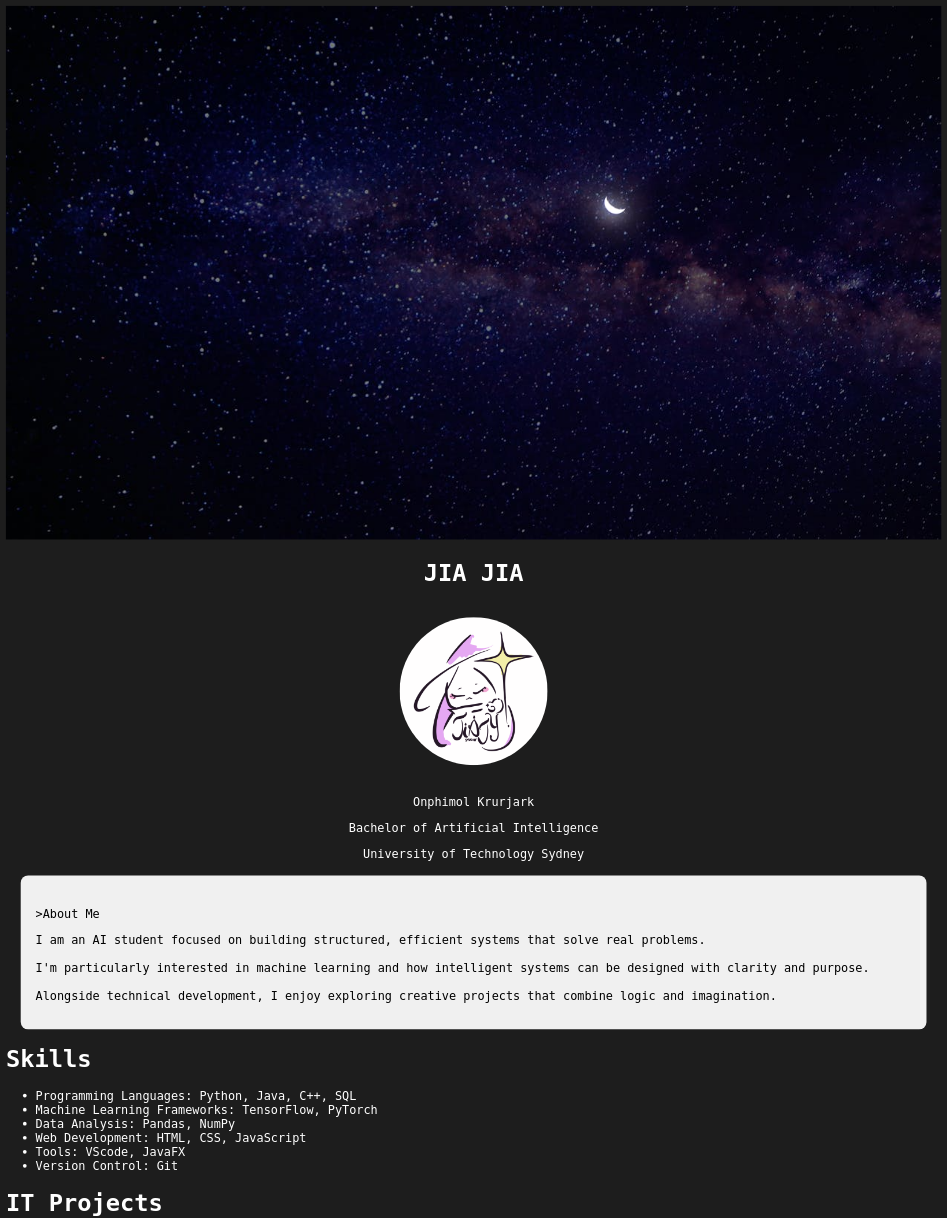
Repository: JMauve2233248/JiajyStudio
Page: ITprojects.html
An editor plug-in stored every save of this project. The page is shown before and after the next save, followed by the edit.
The browser window is 1280 px wide. The pictures show the part of the page from y = 0 to 1646 px (the page is 3165 px tall before and 3189 px after), at 74% of full size.
A picture or video elsewhere on the page could not be fetched, so the positions and the page height are approximate.

Above is the page before, as saved 2026-03-03 13:05:12.

After the next save:
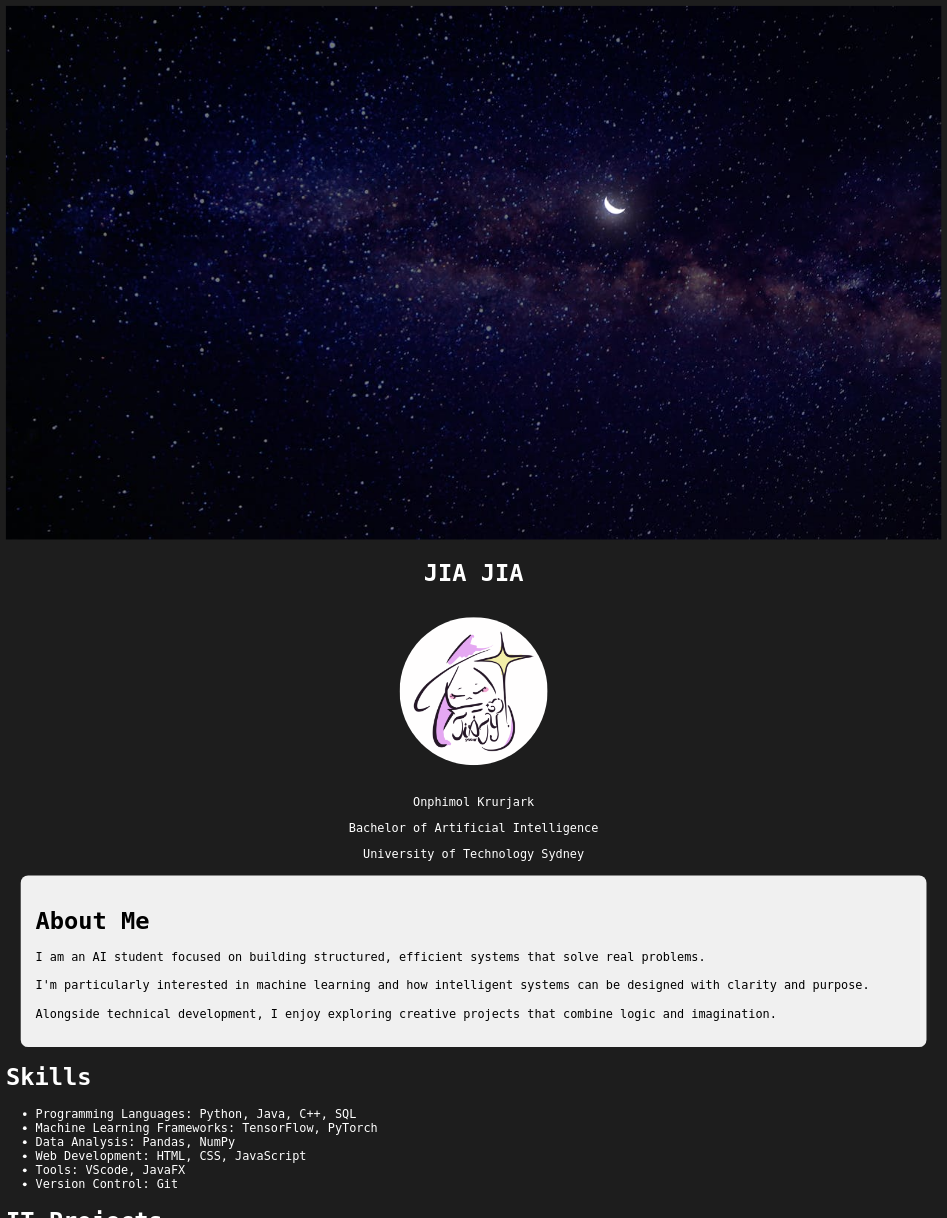
Saved 10 s later.
--- a/ITprojects.html
+++ b/ITprojects.html
@@ -21,7 +21,7 @@
 
         <!--About me-->
         <div class="about-me">
-            <h1></h1>>About Me</h1>
+            <h1>About Me</h1>
             <p>I am an AI student focused on building structured, efficient systems that solve real problems.<br>
                 <br>I'm particularly interested in machine learning and how intelligent systems can be designed with clarity and purpose.<br>
                 <br>Alongside technical development, I enjoy exploring creative projects that combine logic and imagination.</p>
